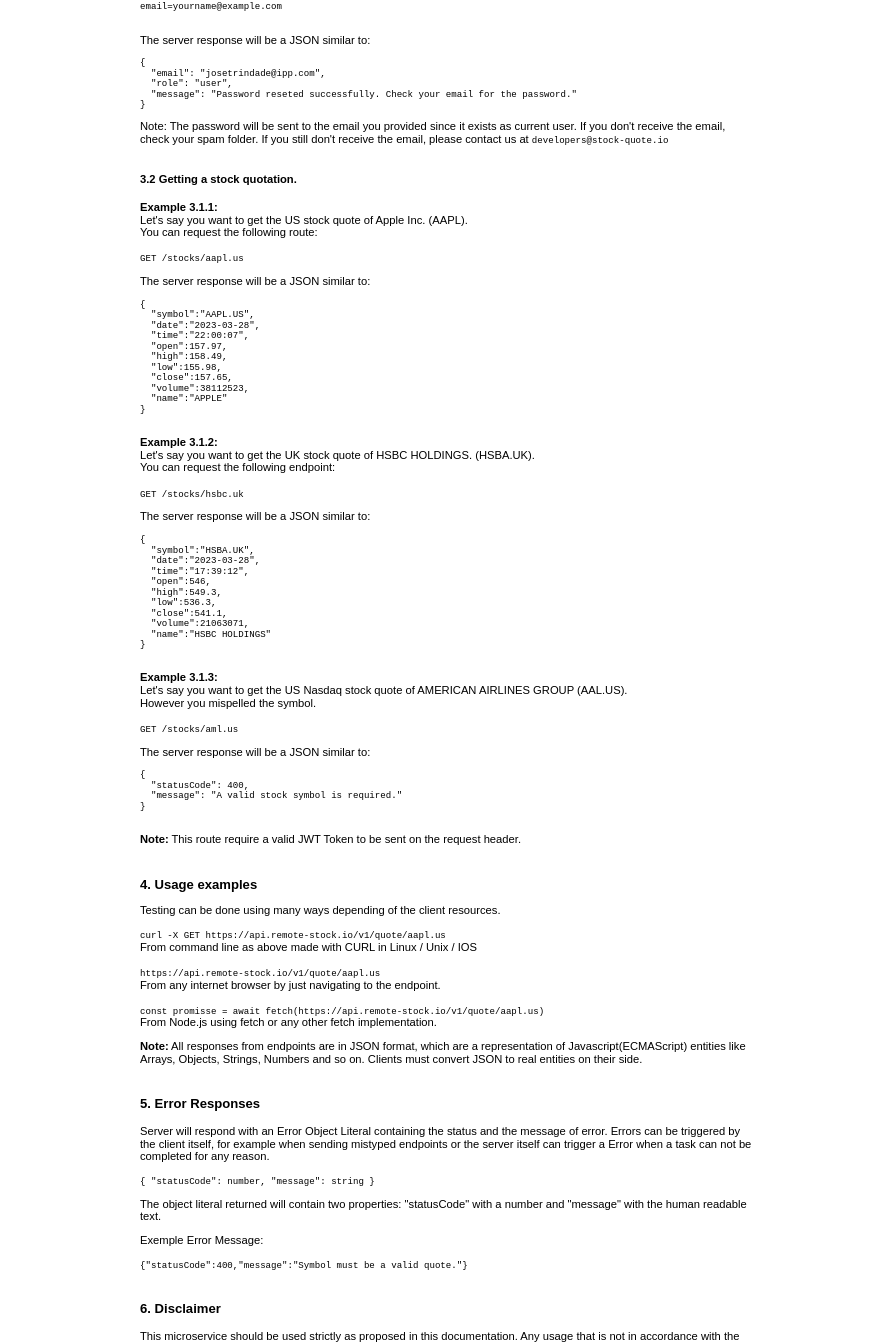
Repository: miguelamello/nest-js
Page: stock-service/documentation.html
An editor plug-in stored every save of this project. The page is shown before and after a run of saves, followed by the edit.
The browser window is 1280 px wide. The pictures show the part of the page from y = 3305 to 5225 px (the page is 5340 px tall before and 5322 px after), at 70% of full size.

Above is the page before, as saved 2023-04-03 09:46:01.

### stock-service/documentation.html
<!DOCTYPE html>
<html lang="en">
<head>
  <meta charset="UTF-8">
  <meta http-equiv="X-UA-Compatible" content="IE=edge">
  <meta name="viewport" content="width=device-width, initial-scale=1.0">
  <title>STOCK QUOTE MICROSERVICE</title>
  <style>
    body {
      font-family: Arial, Helvetica, sans-serif;
      padding: 3% 15%;
    }
    h3 {
      margin-top: 5%;
    }
    pre {
      margin: 0;
      overflow: auto;
    }
  </style>
</head>
<body>
  <h2>STOCK QUOTE MICROSERVICE DOCUMENTATION</h2>
  <p>
    This microservice aims to facilitate the acquisition of stock exchange quotes from various
    companies in US and UK. Please follow the documentation to get a complete understanding
    of how the service works.
  </p>

  <h3>1. Entrypoint</h3>
  <code>https://api.stock-quote.io/v1</code>
  <p>
    All routes starts from the entrypoint above. Accessing this entrypoint will
    retrieve the STOCK QUOTE MICROSERVICE DOCUMENTATION in a friendly presentation,
    as easy to read as this page can be.
  </p>

  <p>If you want for a more detailed documentation, you should navigate to the
    STOCK QUOTE MICROSERVICE SPECIFICATION where you will find more technical
    explanations about the service.
  </p>

  <pre>
GET /spec HTTP/1.1
Host: https://api.stock-quote.io/v1
  </pre>

  <h3>2. Authentication</h3>
  <p>A JSON Web Token (JWT) Authentication is required for some routes on the microservice.
    Below are listed the steps that must be followed to get a valid JWT Token. The token is
    a string similar to the following:
  </p>

  <pre>
eyJhbGciOiJIUzI1NiIsInR5cCI6IkpXVCJ9.eyJ1c2VybmFtZSI6Im1pZ3VlbGFuZ2Vsb21
lbGxvQGdtYWlsLmNvbSIsInN1YiI6IjY0Mjg2YmY0ZWE1OTAxNmQwNjg0MTJiYSIsImlhdCI6MTY4MDM3Mjc4OSwiZ
XhwIjoxNjgwNDU5MTg5fQ.6tP4CUwuBqWPXSu1aLEoy7kCQnCnvEBEXRHDIXUWLNo
  </pre>
  <p>

    <br><div><b>2.1 Signup to the service</b></div><br>

    <pre>
POST /auth/signup HTTP/1.1
Host: https://api.stock-quote.io/v1
Content-Type: application/x-www-form-urlencoded
Content-Length: 35

email=yourname@example.com
    </pre>

    <div>You must send a POST request to <code>/auth/signup</code> with POST BODY containing a valid email.
      You will receive a email with a link to confirm your email address. After the email confirmation,
      another email with your Username and Password will be sent to you. You should use this login
      information to get your JWT Token. Keep following.</div>
    </div>
  </p>

  <p>
    <br><div><b>2.2 Signin to the service</b></div><br>

    <pre>
POST /auth/signin HTTP/1.1
Host: https://api.stock-quote.io/v1
Content-Type: application/x-www-form-urlencoded
Content-Length: 77

email=yourname@example.com&
password=e49015be5ba9752ab634b5649045bc56
    </pre>

    <div>You must send a POST request to <code>/auth/signin</code> with POST BODY containing the
      confirmed email and the password you received by email. If login is valid you will
      receive a response with the JWT Token that you must use to access all the available
      routes on the microservice. The Route response will be a JWT Token similar to bellow.
    </div><br>

    <pre>
{
  "access_token": "eyJhbGciOiJIUzI1NiIsInR5cCI6IkpXVCJ9.eyJ1c2VybmFtZSI6Im1pZ3VlbGFuZ2Vsb21
  lbGxvQGdtYWlsLmNvbSIsInN1YiI6IjY0Mjg2YmY0ZWE1OTAxNmQwNjg0MTJiYSIsImlhdCI6MTY4MDM3Mjc4OSwiZ
  XhwIjoxNjgwNDU5MTg5fQ.6tP4CUwuBqWPXSu1aLEoy7kCQnCnvEBEXRHDIXUWLNo"
}
    </pre>

    <div>Note: You must annotate this token somewhere, since a JWT Token can not be generated
      again with the same hash. If you lose your token, you will have to repeat the steps above
      on item 2.2 to get a new token.
    </div><br>

  </p>

  <p>
    <div><b>2.3 Use the JWT Token to access the routes</b></div><br>

    <pre>
GET /stocks/aapl.us HTTP/1.1
Host: https://api.stock-quote.io/v1
Authorization: Bearer eyJhbGciOiJIUzI1NiIsInR5cCI6IkpXVCJ9.eyJ1c2VybmFtZSI6Im1pZ3VlbGFuZ2Vsb21
lbGxvQGdtYWlsLmNvbSIsInN1YiI6IjY0Mjg2YmY0ZWE1OTAxNmQwNjg0MTJiYSIsImlhdCI6MTY4MDM3Mjc4OSwiZXhwI
joxNjgwNDU5MTg5fQ.6tP4CUwuBqWPXSu1aLEoy7kCQnCnvEBEXRHDIXUWLNo
    </pre>

    <div>Here as an example, a request to the route <code>/stocks/aapl.us</code> is being made.
      You have to pay attention where you send the JWT Token in the request. The right place to
      send is in the HEADER of the request, using the field <code>Authorization:</code> and on the
      value side you write the JWT Token prefixing with <code>Bearer </code> keyword. This is a internet
      Standard for sending JWT Tokens.
    </div><br>

    <div>
      If everything is okay with your token, you can use it for up to 24 hours. After that, you will
      need to get a new token by following the steps above on item 2.2. Its a good idea to annotate
      the token and the password you received by email, so you can use it again in the future. However
      keep following to see how to reset your password.
    </div>
  </p>

  <h3>3. Routes</h3>

  <p>This microservice offers 8 routes, as listed below:</p>

  <pre>
GET /                     //-> Accessing the API documentation
GET /specs                //-> Accessing the API specification
POST /auth/signup         //-> Creating a new user
POST /auth/signin         //-> Getting a JWT Token
POST /auth/reset-password //-> Resetting your password
GET /stocks/{symbol}      //-> Getting a stock quotation
GET /stocks/history       //-> Getting a stock history
GET /stocks/stats         //-> Getting a stock statistics
  </pre>

  <h4>3.1 Accessing the API documentation.</h4>

  <p>
    <div>Let's say you want to access the documentation of this microservice.</div>
    <div>You can request the following route:</div><br>
    <pre>
GET / HTTP/1.1
Host: https://api.stock-quote.io/v1
    </pre>

    <p>The server response will be this page. Pretty straight.</p>
  </p>

  <br><h4>3.2 Accessing the API specification.</h4>

  <p>
    <div>Let's say you want to access the specification of this microservice.</div>
    <div>You can request the following route:</div><br>
    <pre>
GET /specs HTTP/1.1
Host: https://api.stock-quote.io/v1
    </pre>

    <p>The server response will be the page containing the API specification in detail.</p>
  </p>

  <br><h4>3.3 Creating a new user.</h4>

  <p>
    <div>Let's say you want to create a new user.</div>
    <div>You can request the following route:</div><br>

    <pre>
POST /auth/signup HTTP/1.1
Host: https://api.stock-quote.io/v1
Content-Type: application/x-www-form-urlencoded
Content-Length: 77

email=yourname@example.com
    </pre>

    <p>The server response will be a JSON similar to:</p>

    <pre>
{
  "email": "josetrindade@ipp.com",
  "role": "user",
  "message": "User created successfully. Check your email for the password."
}
    </pre>

    <div>
      Note: The password will be sent to the email you provided. If you don't receive the email,
      check your spam folder. If you still don't receive the email, please contact us at
      <code>developers@stock-quote.io</code>
    </div>

    <br><h4>3.4 Getting a JWT Token.</h4>

  <p>
    <div>Let's say you want to grab the JWT Token.</div>
    <div>You can request the following route:</div><br>

    <pre>
POST /auth/signin HTTP/1.1
Host: https://api.stock-quote.io/v1
Content-Type: application/x-www-form-urlencoded
Content-Length: 102

email=yourname@example.com&
password=e49015be5ba9752ab634b5649045bc56
    </pre>

    <p>The server response will be a JSON similar to:</p>

    <pre>
{
  "access_token": "eyJhbGciOiJIUzI1NiIsInR5cCI6IkpXVCJ9.eyJ1c2VybmFtZSI6Im1pZ3VlbGFuZ2Vsb21
  lbGxvQGdtYWlsLmNvbSIsInN1YiI6IjY0Mjg2YmY0ZWE1OTAxNmQwNjg0MTJiYSIsImlhdCI6MTY4MDM3Mjc4OSwiZ
  XhwIjoxNjgwNDU5MTg5fQ.6tP4CUwuBqWPXSu1aLEoy7kCQnCnvEBEXRHDIXUWLNo"
}
    </pre>

    <div>
      Note: The access_token is the JWT Token you will use to access the other routes.
      Please refer to item 2.3 to see how to use it.
    </div>

    <br><h4>3.5 Resetting your password.</h4>

  <p>
    <div>Suppose your forgot or lost your password.</div>
    <div>So you have to reset it, right?. </div>
    <div>You can request the following route:</div><br>

    <pre>
POST /auth/reset-password HTTP/1.1
Host: https://api.stock-quote.io/v1
Content-Type: application/x-www-form-urlencoded
Content-Length: 85

email=yourname@example.com
    </pre>

    <p>The server response will be a JSON similar to:</p>

    <pre>
{
  "email": "josetrindade@ipp.com",
  "role": "user",
  "message": "Password reseted successfully. Check your email for the password."
}
    </pre>

    <div>
      Note: The password will be sent to the email you provided since it exists as current user.
      If you don't receive the email, check your spam folder. If you still don't receive the email,
      please contact us at <code>developers@stock-quote.io</code>
    </div>

    <br><h4>3.2 Getting a stock quotation.</h4>

  <p>
    <div><b>Example 3.1.1:</b></div>
    <div>Let's say you want to get the US stock quote of Apple Inc. (AAPL).</div>
    <div>You can request the following route:</div><br>
    <code>GET /stocks/aapl.us</code>

    <p>The server response will be a JSON similar to:</p>

    <pre>
{
  "symbol":"AAPL.US",
  "date":"2023-03-28",
  "time":"22:00:07",
  "open":157.97,
  "high":158.49,
  "low":155.98,
  "close":157.65,
  "volume":38112523,
  "name":"APPLE"
}
    </pre>
  </p>
  <p>
    <div><b>Example 3.1.2:</b></div>
    <div>Let's say you want to get the UK stock quote of HSBC HOLDINGS. (HSBA.UK).</div>
    <div>You can request the following endpoint:</div><br>
    <code>GET /stocks/hsbc.uk</code>

    <p>The server response will be a JSON similar to:</p>

    <pre>
{
  "symbol":"HSBA.UK",
  "date":"2023-03-28",
  "time":"17:39:12",
  "open":546,
  "high":549.3,
  "low":536.3,
  "close":541.1,
  "volume":21063071,
  "name":"HSBC HOLDINGS"
}
    </pre>
  </p>

  <p>
    <div><b>Example 3.1.3:</b></div>
    <div>Let's say you want to get the US Nasdaq stock quote of AMERICAN AIRLINES GROUP (AAL.US).</div>
    <div>However you mispelled the symbol.</div><br>
    <code>GET /stocks/aml.us</code>

    <p>The server response will be a JSON similar to:</p>

    <pre>
{
  "statusCode": 400,
  "message": "A valid stock symbol is required."
}
    </pre>

    <p>
      <b>Note:</b> This route require a valid JWT Token to be sent on the request header.
    </p>
  </p>

  <h3>4. Usage examples</h3>

  <p>Testing can be done using many ways depending of the client resources.</p>

  <code>curl -X GET https://api.remote-stock.io/v1/quote/aapl.us</code>
  <div>From command line as above made with CURL in Linux / Unix / IOS</div>
  <br>
  <code>https://api.remote-stock.io/v1/quote/aapl.us</code>
  <div>From any internet browser by just navigating to the endpoint.</div>
  <br>
  <code>const promisse = await fetch(https://api.remote-stock.io/v1/quote/aapl.us)</code>
  <div>From Node.js using fetch or any other fetch implementation.</div>

  <p>
    <b>Note:</b> All responses from endpoints are in JSON format, which are a
    representation of Javascript(ECMAScript) entities like Arrays, Objects,
    Strings, Numbers and so on. Clients must convert JSON to real entities
    on their side.
  </p>

  <h3>5. Error Responses</h3>

  <p>
    Server will respond with an Error Object Literal containing
    the status and the message of error. Errors can be triggered
    by the client itself, for example when sending mistyped endpoints
    or the server itself can trigger a Error when a
    task can not be completed for any reason.
  </p>

  <p>
    <code>{ "statusCode": number, "message": string }</code><br>
    <div>
      The object literal returned will contain two properties:
      "statusCode" with a number and "message" with the human readable text.
    </div>
  </p>

  <p>Exemple Error Message:</p>
  <p>
    <code>
      {"statusCode":400,"message":"Symbol must be a valid quote."}
    </code>
  </p>

  <h3>6. Disclaimer</h3>
  <p>
    This microservice should be used strictly as proposed in this documentation.
    Any usage that is not in accordance with the documentation may result in harmful
    consequences to the user. The authors of this service are not responsible for
    any misuse of the proposed microservice and its consequences. If you have any question,
    suggestion, information regarding the use of this service, please contact
    the authors at <b>developers@remote-stock.io</b>
  </p>

</body>
</html>

After the next 2 saves:
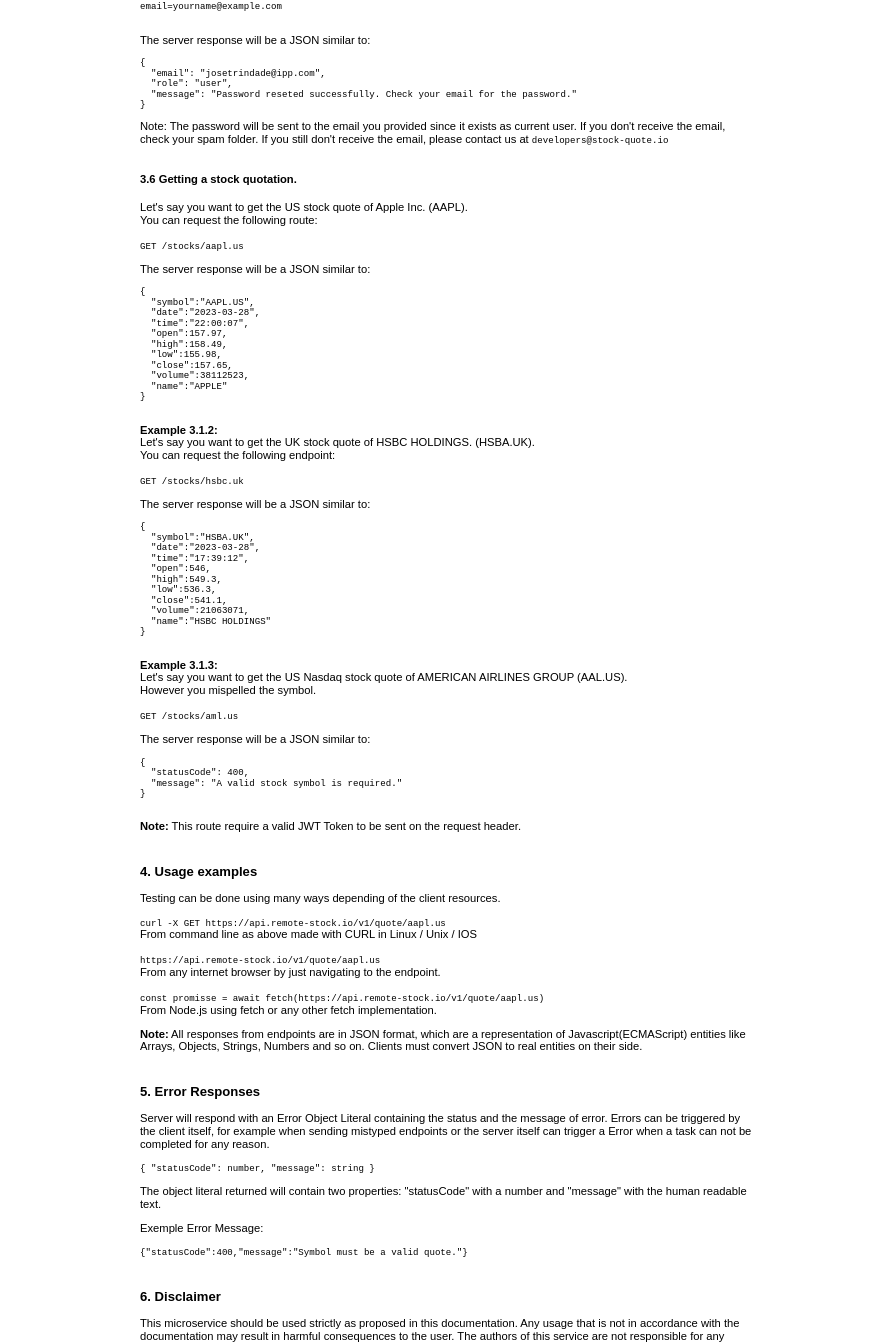
The 2 saves are shown as one change because they came seconds apart.
The last was saved 53 s later.
--- a/stock-service/documentation.html
+++ b/stock-service/documentation.html
@@ -271,10 +271,9 @@ email=yourname@example.com
       please contact us at <code>developers@stock-quote.io</code>
     </div>
 
-    <br><h4>3.2 Getting a stock quotation.</h4>
-
-  <p>
-    <div><b>Example 3.1.1:</b></div>
+    <br><h4>3.6 Getting a stock quotation.</h4>
+
+  <p>
     <div>Let's say you want to get the US stock quote of Apple Inc. (AAPL).</div>
     <div>You can request the following route:</div><br>
     <code>GET /stocks/aapl.us</code>
